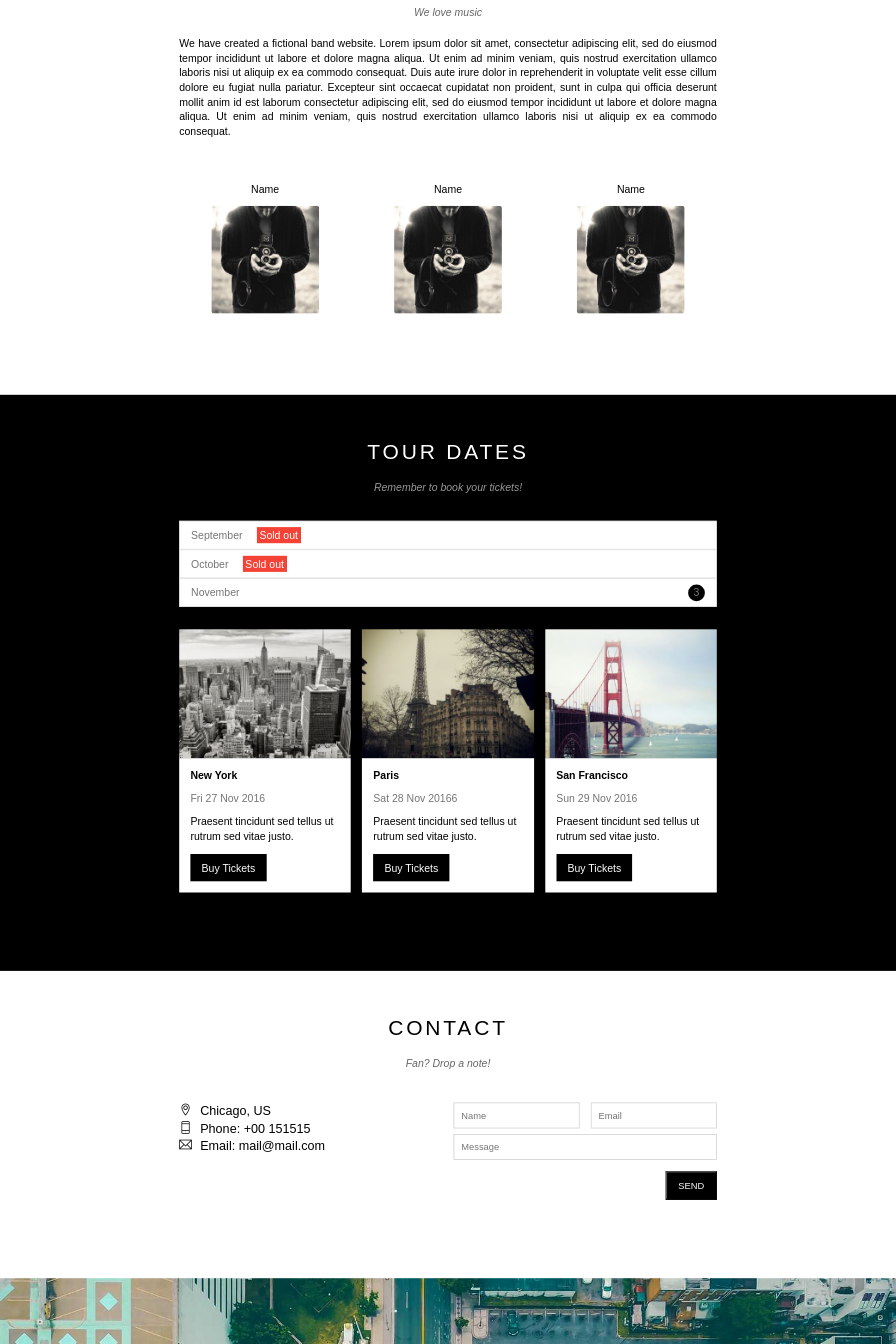
Repository: BrandonTuan777/The_Band
Page: index.html
The author's editor kept a copy of each file at every save. The page is drawn from the files as they stood at one save, then again after the next save.
The browser window is 1280 px wide. The pictures show the part of the page from y = 800 to 2720 px (the page is 3540 px tall before and 3524 px after), at 70% of full size.

Above is the page before, as saved 2022-04-12 21:27:42.

### index.html
<!DOCTYPE html>
<html lang="en">
  <head>
    <meta charset="UTF-8" />
    <meta http-equiv="X-UA-Compatible" content="IE=edge" />
    <meta name="viewport" content="width=device-width, initial-scale=1.0" />
    <title>The Band</title>
    <link
      rel="shortcut icon"
      type="image/jpg"
      href="./assets/img/favicon/01d1b4547ce03c3ec499c827caac4a72.jpg"
    />
    <link rel="stylesheet" href="./assets/css/styles.css" />
    <link rel="stylesheet" href="./assets/css/responsive.css" />

    <link
      rel="stylesheet"
      href="./assets//fonts/themify-icons/themify-icons.css"
    />
  </head>
  <body>
    <div id="main">
      <div id="header">
        <!-- Begin:Nav -->
        <ul id="nav">
          <li><a href="#">Home</a></li>
          <li><a href="#band">Band</a></li>
          <li><a href="#tour">Tour</a></li>
          <li><a href="#contact">Contact</a></li>
          <li>
            <a href="#">
              More
              <i class="nav-arrow-down ti-angle-down"></i>
            </a>
            <ul class="subnav">
              <li><a href="#">Merchandise</a></li>
              <li><a href="#">Extras</a></li>
              <li><a href="#">Media</a></li>
            </ul>
          </li>
        </ul>
        <!-- End:Nav -->

        <!-- Begin:Search button -->
        <div class="search-btn">
          <i class="search-icon ti-search"></i>
        </div>

        <div id="mobile-menu" class="mobile-menu-btn">
          <i class="menu-icon ti-menu"></i>
        </div>
        <!-- End:Search button -->
      </div>

      <div id="slider">
        <div class="text-content">
          <h2 class="text-heading">New York</h2>
          <div class="text-description">
            The atmosphere in New York is lorem ipsum.
          </div>
        </div>
      </div>

      <div id="content">
        <!--About section  -->
        <div id="band" class="content-section">
          <h2 class="section-heading">THE BAND</h2>
          <p class="section-sub-heading">We love music</p>
          <p class="about-text">
            We have created a fictional band website. Lorem ipsum dolor sit
            amet, consectetur adipiscing elit, sed do eiusmod tempor incididunt
            ut labore et dolore magna aliqua. Ut enim ad minim veniam, quis
            nostrud exercitation ullamco laboris nisi ut aliquip ex ea commodo
            consequat. Duis aute irure dolor in reprehenderit in voluptate velit
            esse cillum dolore eu fugiat nulla pariatur. Excepteur sint occaecat
            cupidatat non proident, sunt in culpa qui officia deserunt mollit
            anim id est laborum consectetur adipiscing elit, sed do eiusmod
            tempor incididunt ut labore et dolore magna aliqua. Ut enim ad minim
            veniam, quis nostrud exercitation ullamco laboris nisi ut aliquip ex
            ea commodo consequat.
          </p>
          <div class="row member-list">
            <div class=" member-item text-center col  col-third mt-16">
            <p class="member-name">Name</p>
              <img
                class="member-img"
                src="./assets/img/team/member1.jpg"
                alt=""
              />
            </div>
            <div class=" member-item text-center col  col-third mt-16">
              <p class="member-name">Name</p>
              <img
                class="member-img"
                src="./assets/img/team/member1.jpg"
                alt=""
              />
            </div>
            <div class=" member-item text-center col  col-third mt-16">
              <p class="member-name">Name</p>
              <img
                class="member-img"
                src="./assets/img/team/member1.jpg"
                alt=""
              />
            </div>
          </div>
        </div>
        <!-- Tour section -->
        <div id="tour" class="tour-section">
          <div class="content-section">
            <h2 class="section-heading text-white">TOUR DATES</h2>
            <p class="section-sub-heading text-white">
              Remember to book your tickets!
            </p>
            <!-- Tickets -->
            <ul class="ticket-list">
              <li>September <span class="sold-out">Sold out</span></li>
              <li>October <span class="sold-out">Sold out</span></li>
              <li>November <span class="quantity">3</span></li>
            </ul>

            <!-- Places -->
            <div class="row places-list">
              <div class="col s-col-full col-third mt-16">
                <img
                  src="./assets/img/places/places1.jpg"
                  alt=""
                  class="place-img"
                />
                <div class="place-body">
                  <h3 class="place-heading">New York</h3>
                  <p class="place-time">Fri 27 Nov 2016</p>
                  <p class="place-description">
                    Praesent tincidunt sed tellus ut rutrum sed vitae justo.
                  </p>
                  <a href="#" class="btn">Buy Tickets</a>
                </div>
              </div>
              <div class="col s-col-full col-third mt-16">
              <img
                  src="./assets/img/places/places2.jpg"
                  alt=""
                  class="place-img"
                />
                <div class="place-body">
                  <h3 class="place-heading">Paris</h3>
                  <p class="place-time">Sat 28 Nov 20166</p>
                  <p class="place-description">
                    Praesent tincidunt sed tellus ut rutrum sed vitae justo.
                  </p>
                  <a href="#" class="btn">Buy Tickets</a>
                </div>
              </div>
              <div class="col s-col-full col-third mt-16">
              <img
                  src="./assets/img/places/places3.jpg"
                  alt=""
                  class="place-img"
                />
                <div class="place-body">
                  <h3 class="place-heading">San Francisco</h3>
                  <p class="place-time">Sun 29 Nov 2016</p>
                  <p class="place-description">
                    Praesent tincidunt sed tellus ut rutrum sed vitae justo.
                  </p>
                  <a href="#" class="btn">Buy Tickets</a>
                </div>
              </div>
            </div>
          </div>
        </div>
        <!--Begin: Contact section -->
        <div id="contact" class="content-section">
          <h2 class="section-heading">CONTACT</h2>
          <p class="section-sub-heading">Fan? Drop a note!</p>
          <div class="row contact-content">
            <div class="col col-half contact-info">
              <p><i class="ti-location-pin"></i>Chicago, US</p>
              <p><i class="ti-mobile"></i>Phone: +00 151515</p>
              <p><i class="ti-email"></i>Email: mail@mail.com</p>
            </div>
            <div class="col col-half contact-form">
              <form action="">
                <div class="row">
                  <div class="col col-half">
                    <input
                      type="text"
                      name=""
                      id=""
                      required
                      placeholder="Name"
                      class="form-control"
                    />
                  </div>
                  <div class="col col-half">
                    <input
                      type="email"
                      name=""
                      id=""
                      required
                      placeholder="Email"
                      class="form-control"
                    />
                  </div>
                </div>
                <div class="row mt-8">
                  <div class="col col-full">
                    <input
                      type="text"
                      name=""
                      id=""
                      required
                      placeholder="Message"
                      class="form-control"
                    />
                  </div>
                </div>
                <input
                  class="pull-rigth btn mt-16"
                  type="submit"
                  value="SEND"
                />
              </form>
            </div>
          </div>
        </div>
        <!--End: Contact section -->
        <div class="map-section">
          <img src="./assets/img/map/map.jpg" alt="" />
        </div>
      </div>
      <!-- Footer -->
      <div id="footer">
        <div class="social">
          <a href=""><i class="ti-facebook"></i></a>
          <a href=""><i class="ti-instagram"></i></a>
          <a href=""><i class="ti-youtube"></i></a>
          <a href=""><i class="ti-pinterest"></i></a>
          <a href=""><i class="ti-twitter-alt"></i></a>
          <a href=""><i class="ti-linkedin"></i></a>
        </div>
        <p class="copy-right">
          Powered by
          <a href="https://www.w3schools.com/w3css/default.asp" target="_blank"
            >w3.css</a
          >
        </p>
      </div>
    </div>
    <script>
      var header = document.getElementById("header");
      var mobileMenu = document.getElementById("mobile-menu");
      var headerHeight = header.clientHeight;

      // Đóng mở mobile menu
      mobileMenu.onclick = () => {
        var isClosed = header.clientHeight === headerHeight;
        if (isClosed) {
          header.style.height = "auto";
        } else {
          header.style.height = null;
        }
      };
      //Tự động đóng
      var menuItems = document.querySelectorAll('#nav li a[href*="#"]');
      console.log(menuItems);

      for (var i = 0; i < menuItems.length; i++) {
        var menuItem = menuItems[i];

        console.log(menuItem);
        menuItem.onclick = function () {
          var isParentMenu =  this.nextElementSibling &&  this.nextElementSibling.classList.contains("subnav");
          if (isParentMenu) {
            event.preventDefault();
          } else {
            header.style.height = null;
          }
        };
      }
    </script>
  </body>
</html>

### assets/css/styles.css
/* Reset CSS */
* {
  padding: 0;
  margin: 0;
  box-sizing: border-box;
}

html {
  font-family: Arial, Helvetica, sans-serif;
  scroll-behavior: smooth;
}

/* Common */
.clear {
  clear: both;
}

.text-white {
  color: #fff !important;
}

.row {
  margin-left: -8px;
  margin-right: -8px;
}

.row::after {
  content: "";
  display: block;
  clear: both;
}

.col-half {
  width: 50%;
}

.col-full {
  width: 100%;
}

.col {
  float: left;
  padding-left: 8px;
  padding-right: 8px;
}

.col-third {
  width: 33.333%;
}

.text-center {
  text-align: center !important;
}

.mt-8 {
  margin-top: 8px !important;
}

.mt-16 {
  margin-top: 16px !important;
}

.btn {
  color: #fff;
  background-color: #000;
  text-decoration: none;
  padding: 11px 16px;
  display: inline-block;
  margin-top: 15px;
}

.btn:hover {
  color: #000;
  background-color: #757575;
  border: none;
}

.pull-rigth {
  float: right !important;
}

/* Main */
#main {
}

#header {
  position: fixed;
  top: 0;
  left: 0;
  right: 0;
  height: 46px;
  background-color: #000;
  z-index: 1;

}

#nav {
  display: inline-block;
}

#nav,
.subnav {
  list-style: none;
}

#nav > li {
  display: inline-block;
}

#nav li {
  position: relative;
}

#nav > li > a {
  color: white;
  text-transform: uppercase;
}

#nav li a {
  text-decoration: none;
  line-height: 46px;
  padding: 0 24px;
  display: block;
}

#nav li:hover .subnav {
  display: block;
}

#nav .subnav li:hover a,
#nav > li:hover > a {
  color: #000;
  background-color: #ccc;
}

#nav .subnav {
  display: none;
  min-width: 160px;
  top: 100%;
  left: 0;
  position: absolute;
  background-color: #fff;
  box-shadow: 0 0 10px rgba(0, 0, 0, 0.3);
}

#nav .subnav a {
  color: #000;
  padding: 0 12px;
  line-height: 38px;
}

#nav .nav-arrow-down {
  font-size: 11px;
}

#header .mobile-menu-btn {
  position: absolute;
  top: 0;
  right: 0;
  display: none;
}

#header .mobile-menu-btn,
#header .search-btn {
  float: right;
  padding: 0 21px;
}

#header .search-btn:hover {
  background-color: red;
  cursor: pointer;
}

#header .mobile-menu-btn:hover {
  background-color: #ccc;
}

#header .mobile-menu-btn:hover .menu-icon {
  color: #000;
}

#header .menu-icon,
#header .search-icon {
  color: #ccc;
  font-size: 20px;
  line-height: 46px;
}

#slider {
  position: relative;
  margin-top: 46px;
  padding-top: 50%;
  background: url("/assets/img/slider/slider1.jpg") top center / cover no-repeat;
}

#slider .text-content {
  position: absolute;
  bottom: 47px;
  color: #fff;
  text-align: center;
  /* transform: translateX(-50%);
  left: 50%; */
  width: 100%;
}

#slider .text-heading {
  font-weight: 500;
  font-size: 25px;
}

#slider .text-description {
  font-size: 15px;
  margin-top: 25px;
}

#content {
}

#content .content-section {
  width: 800px;
  max-width: 100%;
  padding: 64px 0 112px;
  margin-left: auto;
  margin-right: auto;
  padding-left: 16px;
  padding-right: 16px;
}

#content .section-heading {
  font-size: 30px;
  text-align: center;
  font-weight: 500;
  letter-spacing: 4px;
}
#content .section-sub-heading {
  font-size: 15px;
  text-align: center;
  margin-top: 25px;
  font-style: italic;
  opacity: 0.6;
}

#content .about-text {
  margin-top: 25px;
  font-size: 15px;
  text-align: justify;
  line-height: 1.4;
}

#content .member-list {
  margin-top: 48px;
}

#content .member-item {
  text-align: center;
}

#content .member-name {
  font-size: 15px;
}

#content .member-img {
  width: 154px;
  margin-top: 15px;
  border-radius: 4px;
}

/* Tour section */
.tour-section {
  background-color: #000;
}

.ticket-list {
  margin-top: 40px;
  background-color: #fff;
}

.ticket-list li {
  font-size: 15px;
  padding: 11px 16px;
  border: 1px solid #ddd;
  color: #757575;
  list-style: none;
}

.ticket-list .sold-out {
  background-color: #f44336 !important;
  color: #fff;
  padding: 3px 4px;
  margin-left: 16px;
}

.ticket-list .quantity {
  float: right;
  width: 24px;
  height: 24px;
  background-color: #000;
  border-radius: 50%;
  text-align: center;
  line-height: 24px;
  margin-top: -3px;
}

/* Places */

.places-list {
  margin-top: 16px;
}
.place-img {
  width: 100%;
  display: block;
}
.place-img:hover {
  opacity: 0.6;
}
.place-body {
  padding: 16px;
  font-size: 15px;
  background-color: #fff;
}
.place-heading {
  font-size: 15px;
  font-weight: 600;
}
.place-time {
  margin-top: 15px;
  color: #757575;
}
.place-description {
  margin-top: 15px;
  line-height: 1.4;
}

/* Contact form */

.contact-content {
  margin-top: 48px;
}

.contact-info {
  font-size: 18px;
  line-height: 1.4;
}
.contact-info i[class*="ti-"] {
  width: 30px;
  display: inline-block;
}

.contact-form {
  font-size: 15px;
}

.contact-form .form-control {
  border: 1px solid #ccc;
  width: 100%;
  padding: 10px;
}

/* Map section */

.map-section img {
  width: 100%;
}

#footer {
  padding: 64px 16px;
  text-align: center;
}

#footer .social {
  font-size: 20px;
  margin-bottom: 20px;
}

#footer .social a {
  color: rgba(0, 0, 0, 0.6);
  text-decoration: none;
}

#footer .copy-right:hover,
#footer .social a:hover {
  color: rgba(0, 0, 0, 0.4);
}

#footer .copy-right {
  color: rgba(0, 0, 0, 0.6);
}

#footer .copy-right a {
  color: rgba(0, 0, 0, 0.6);
}

### assets/css/responsive.css
/* PC */
@media (min-width: 1024px) {
}
/* Tablet */
@media (min-width: 740px) and (max-width: 1023px) {
}
/* Mobile */

@media (max-width: 740px) {
  #header {
    overflow: hidden;
  }
  #header .mobile-menu-btn {
    display: block;
  }
  #nav li a {
    padding: 1px 24px;
  }

  #header .search-btn {
    display: none;
  }

  #nav {
    display: block;
  }

  #nav > li {
    display: block;
  }
  #nav > li:first-child {
    display: inline-block;
  }
  #nav .subnav {
    position: initial;
    background-color: #333;
  }
  #nav .subnav a {
    color: #fff;
    padding: 5px 41px;
  }

  #content .member-item{
      margin-top: 30px;
      width: 100%;
  }
  #content .member-img{
      width: 60%;
  }
  s-col-full{
      width: 100%;
  }

}

Loaded but not shown: assets/fonts/themify-icons/themify-icons.css (common file)

After the next save:
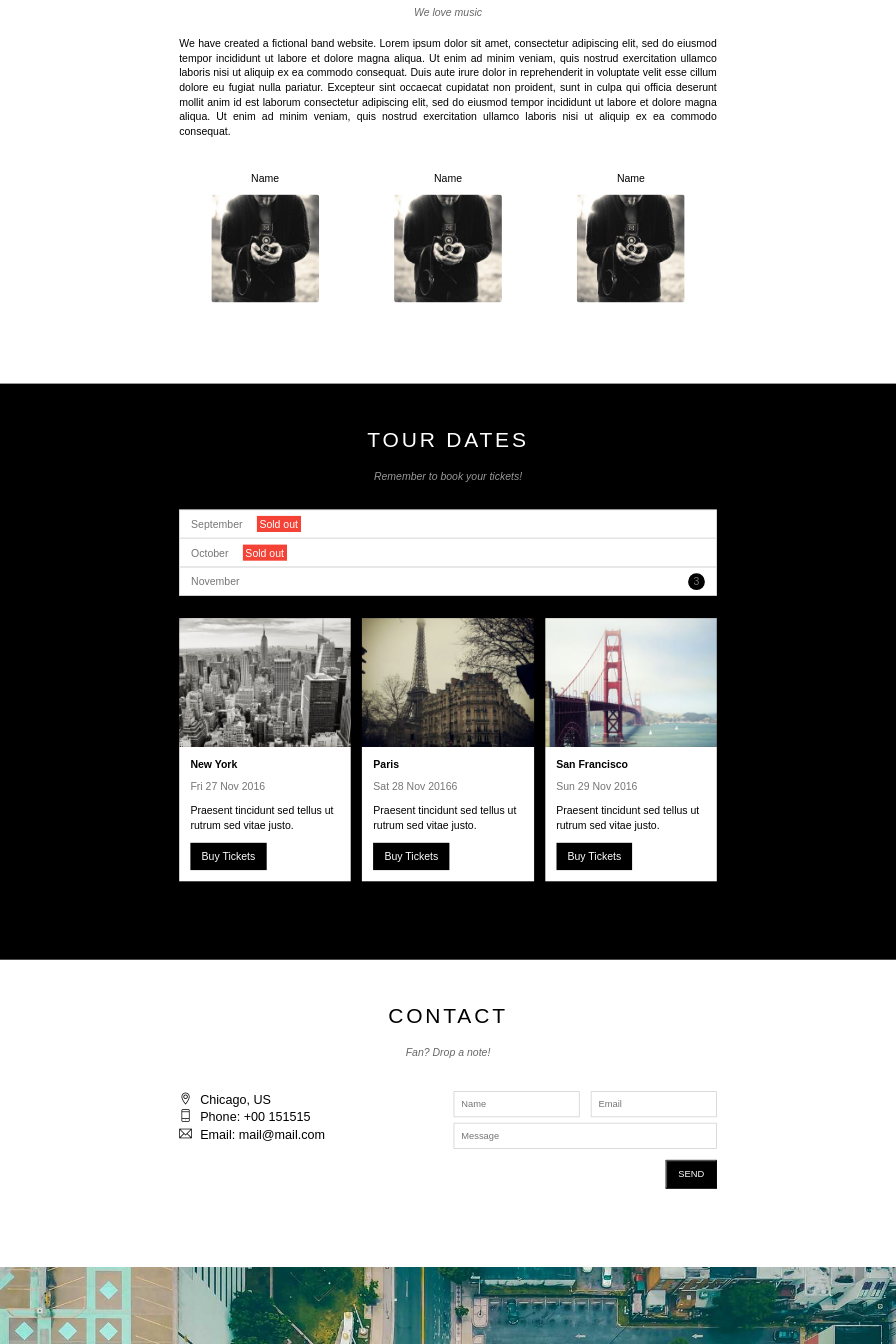
Saved 86 s later.
--- a/index.html
+++ b/index.html
@@ -80,7 +80,7 @@
             ea commodo consequat.
           </p>
           <div class="row member-list">
-            <div class=" member-item text-center col  col-third mt-16">
+            <div class=" member-item text-center col  col-third ">
             <p class="member-name">Name</p>
               <img
                 class="member-img"
@@ -88,7 +88,7 @@
                 alt=""
               />
             </div>
-            <div class=" member-item text-center col  col-third mt-16">
+            <div class=" member-item text-center col  col-third ">
               <p class="member-name">Name</p>
               <img
                 class="member-img"
@@ -96,7 +96,7 @@
                 alt=""
               />
             </div>
-            <div class=" member-item text-center col  col-third mt-16">
+            <div class=" member-item text-center col  col-third ">
               <p class="member-name">Name</p>
               <img
                 class="member-img"
